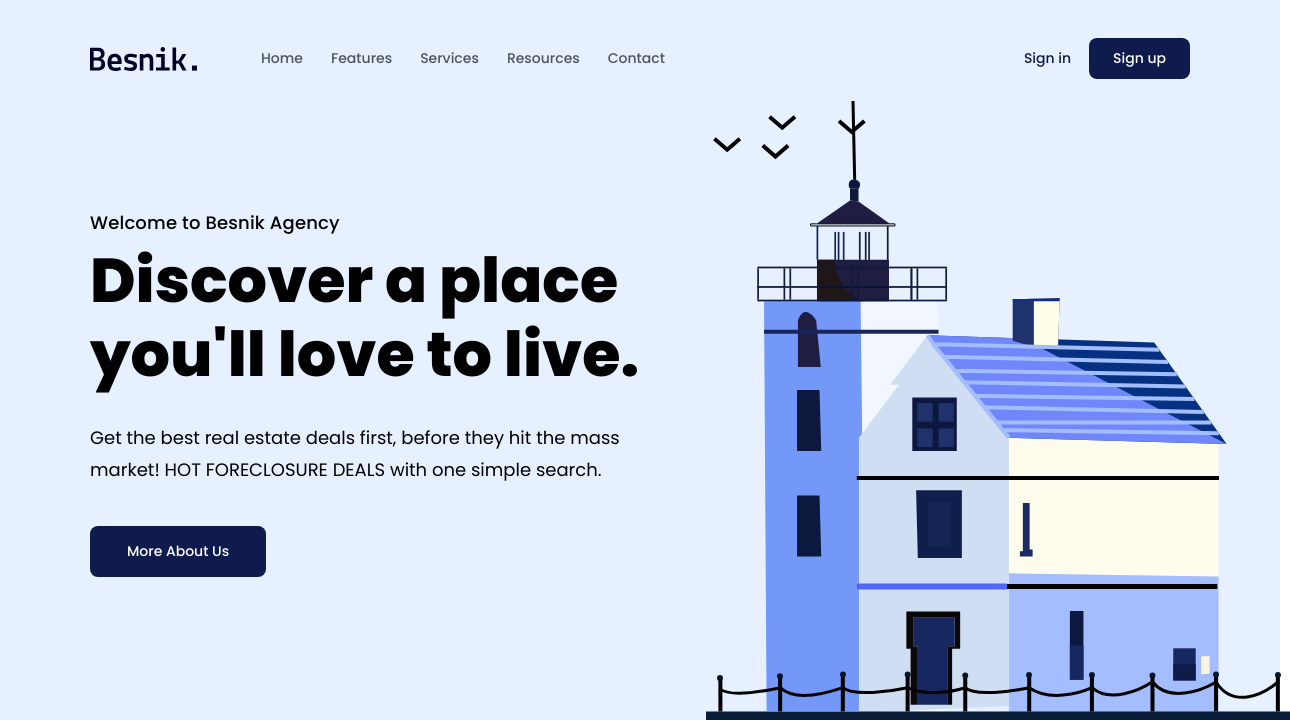
Repository: ducvui2003/f8-project-01
Page: index.html
The author's editor kept a copy of each file at every save. The page is drawn from the files as they stood at one save, then again after the next save.
The browser window is 1280 px wide. The page is 1290 px wide, so the pictures cover 1290 px, including what lies to the right of the window. The pictures show the whole page.

Above is the page before, as saved 2023-06-16 19:58:04.

### index.html
<!DOCTYPE html>
<html lang="en">

<head>
    <meta charset="UTF-8">
    <meta name="viewport" content="width=device-width, initial-scale=1.0">
    <title>f8-procject-01</title>

    <link rel="stylesheet" href="./asset/css/reset.css">
    <link rel="stylesheet" href="./asset/font/stylesheet.css">
    <link rel="stylesheet" href="./asset/css/styles.css">
</head>

<body>
    <main>
        <!-- Header -->
        <header class="header">
            <div class="content">
                <!--  -->
                <nav class="nav">
                    <!-- Logo -->
                    <img src="./asset/img/logo.svg" alt="">

                    <!-- Navigation -->
                    <ul>
                        <li><a href="">Home</a></li>
                        <li><a href="">Features</a></li>
                        <li><a href="">Services</a></li>
                        <li><a href="">Resources</a></li>
                        <li><a href="">Contact</a></li>
                    </ul>

                    <!-- Action -->
                    <div class="actions">
                        <a href="#!" class="action-link">Sign in</a>
                        <a href="#!" class="btn action-btn">Sign up</a>
                    </div>
                </nav>
                <div class="hero">
                    <div class="info">
                        <p class="sub-title">Welcome to Besnik Agency</p>
                        <h1 class="title">Discover a place
                            you'll love to live.</h1>
                        <p class="desc">Get the best real estate deals first,
                            before they hit the mass market! HOT FORECLOSURE DEALS with one simple
                            search.</p>
                        <!-- cta = call to action -->
                        <a href="#!" class="btn hero-cta">More About Us</a>
                    </div>
                    <img src="./asset/img/hero-img.svg" alt="Discover a place
                    you'll love to live." class="hero-img">
                </div>
            </div>
        </header>

        <!-- Clients -->
        <div class="clients">
            <div class="content">
                <div class="row"></div>
            </div>
        </div>
    </main>
</body>

</main>

</html>

### asset/font/stylesheet.css
/* =======Poppins font=========== */
@font-face {
  font-family: "Poppins";
  src: url("Poppins/Poppins-Black.woff2") format("woff2"),
    url("Poppins/Poppins-Black.woff") format("woff");
  font-weight: 900;
  font-style: normal;
  font-display: swap;
}

@font-face {
  font-family: "Poppins";
  src: url("Poppins/Poppins-BlackItalic.woff2") format("woff2"),
    url("Poppins/Poppins-BlackItalic.woff") format("woff");
  font-weight: 900;
  font-style: italic;
  font-display: swap;
}

@font-face {
  font-family: "Poppins";
  src: url("Poppins/Poppins-Bold.woff2") format("woff2"),
    url("Poppins/Poppins-Bold.woff") format("woff");
  font-weight: bold;
  font-style: normal;
  font-display: swap;
}

@font-face {
  font-family: "Poppins";
  src: url("Poppins/Poppins-BoldItalic.woff2") format("woff2"),
    url("Poppins/Poppins-BoldItalic.woff") format("woff");
  font-weight: bold;
  font-style: italic;
  font-display: swap;
}

@font-face {
  font-family: "Poppins";
  src: url("Poppins/Poppins-ExtraBold.woff2") format("woff2"),
    url("Poppins/Poppins-ExtraBold.woff") format("woff");
  font-weight: bold;
  font-style: normal;
  font-display: swap;
}

@font-face {
  font-family: "Poppins";
  src: url("Poppins/Poppins-ExtraBoldItalic.woff2") format("woff2"),
    url("Poppins/Poppins-ExtraBoldItalic.woff") format("woff");
  font-weight: bold;
  font-style: italic;
  font-display: swap;
}

@font-face {
  font-family: "Poppins";
  src: url("Poppins/Poppins-ExtraLight.woff2") format("woff2"),
    url("Poppins/Poppins-ExtraLight.woff") format("woff");
  font-weight: 200;
  font-style: normal;
  font-display: swap;
}

@font-face {
  font-family: "Poppins";
  src: url("Poppins/Poppins-ExtraLightItalic.woff2") format("woff2"),
    url("Poppins/Poppins-ExtraLightItalic.woff") format("woff");
  font-weight: 200;
  font-style: italic;
  font-display: swap;
}

@font-face {
  font-family: "Poppins";
  src: url("Poppins/Poppins-Italic.woff2") format("woff2"),
    url("Poppins/Poppins-Italic.woff") format("woff");
  font-weight: normal;
  font-style: italic;
  font-display: swap;
}

@font-face {
  font-family: "Poppins";
  src: url("Poppins/Poppins-Light.woff2") format("woff2"),
    url("Poppins/Poppins-Light.woff") format("woff");
  font-weight: 300;
  font-style: normal;
  font-display: swap;
}

@font-face {
  font-family: "Poppins";
  src: url("Poppins/Poppins-LightItalic.woff2") format("woff2"),
    url("Poppins/Poppins-LightItalic.woff") format("woff");
  font-weight: 300;
  font-style: italic;
  font-display: swap;
}

@font-face {
  font-family: "Poppins";
  src: url("Poppins/Poppins-Medium.woff2") format("woff2"),
    url("Poppins/Poppins-Medium.woff") format("woff");
  font-weight: 500;
  font-style: normal;
  font-display: swap;
}

@font-face {
  font-family: "Poppins";
  src: url("Poppins/Poppins-MediumItalic.woff2") format("woff2"),
    url("Poppins/Poppins-MediumItalic.woff") format("woff");
  font-weight: 500;
  font-style: italic;
  font-display: swap;
}

@font-face {
  font-family: "Poppins";
  src: url("Poppins/Poppins-SemiBold.woff2") format("woff2"),
    url("Poppins/Poppins-SemiBold.woff") format("woff");
  font-weight: 600;
  font-style: normal;
  font-display: swap;
}

@font-face {
  font-family: "Poppins";
  src: url("Poppins/Poppins-Regular.woff2") format("woff2"),
    url("Poppins/Poppins-Regular.woff") format("woff");
  font-weight: normal;
  font-style: normal;
  font-display: swap;
}

@font-face {
  font-family: "Poppins";
  src: url("Poppins/Poppins-SemiBoldItalic.woff2") format("woff2"),
    url("Poppins/Poppins-SemiBoldItalic.woff") format("woff");
  font-weight: 600;
  font-style: italic;
  font-display: swap;
}

@font-face {
  font-family: "Poppins";
  src: url("Poppins/Poppins-Thin.woff2") format("woff2"),
    url("Poppins/Poppins-Thin.woff") format("woff");
  font-weight: 100;
  font-style: normal;
  font-display: swap;
}

@font-face {
  font-family: "Poppins";
  src: url("Poppins/Poppins-ThinItalic.woff2") format("woff2"),
    url("Poppins/Poppins-ThinItalic.woff") format("woff");
  font-weight: 100;
  font-style: italic;
  font-display: swap;
}

### asset/css/styles.css
* {
  box-sizing: border-box;
}
html {
  font-size: 62.5%;
}
body {
  font-size: 1.6rem;
  font-family: "Poppins";
}
:root {
  --primary-color: #0f1b4c;
}
/* Common */
a {
  text-decoration: none;
}
.content {
  width: 1100px;
  max-width: calc(100% - 48px);
  margin-left: auto;
  margin-right: auto;
}

.btn {
  min-width: 98px;
  background-color: var(--primary-color);
  border-radius: 0.8rem;
  padding: 10px 24px;
  color: white;
  font-style: normal;
  font-weight: 500;
  font-size: 1.4rem;
  line-height: 2.1rem;
  display: inline-block;
}
.btn:hover {
  opacity: 0.9;
}
/* Header */
.header {
  height: 100vh;
  background-color: #e6f0ff;
  position: relative;
}

.header .nav {
  display: flex;
  align-items: center;
  padding-top: 38px;
}
.header .nav ul {
  margin-left: 50px;
  margin-right: auto;

  display: flex;
  justify-content: space-between;
}

.header .nav ul a {
  color: #4f5361;
  padding: 8px 14px;
  /* Padding in tag inline block  */
}
.header .nav ul a:hover {
  text-decoration: underline;
}
.header .nav a {
  font-weight: 500;
  font-size: 1.4rem;
  line-height: 2.1rem;
}
.header .nav .actions {
  display: flex;
  justify-content: center;
  align-items: center;
  gap: 1.8rem;
}
.header .nav .action-link {
  color: var(--primary-color);
}
.hero {
  margin-top: 130px;
}
.hero .info {
  width: 51%;
}
.hero .sub-title {
  font-style: normal;
  font-weight: 500;
  font-size: 1.8rem;
  line-height: 1.5;
  letter-spacing: 0.01em;
}

.hero .title {
  font-style: normal;
  font-weight: 700;
  font-size: 6.2rem;
  line-height: 1.19;
  margin-top: 8px;
  margin-bottom: 30px;
}
.hero .desc {
  font-style: normal;
  font-weight: 400;
  font-size: 1.8rem;
  line-height: 1.78;
}
.hero-cta {
  margin-top: 40px;
  padding: 15px 37px;
  min-width: 170px;
}
.hero-img {
  position: absolute;
  right: calc((100vw - 1100px) / 2 - 100px);
  bottom: 0;
}

Loaded but not shown: asset/css/reset.css (common file)

After the next save:
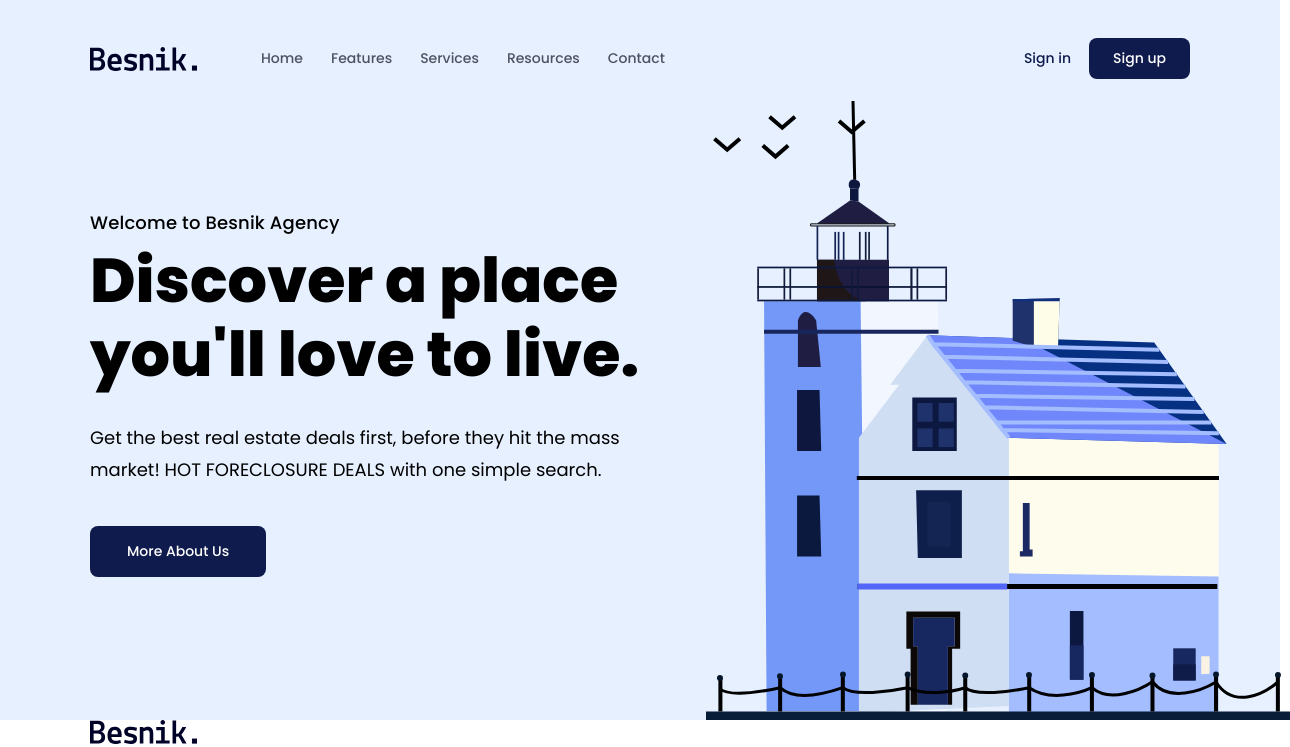
Saved 27 s later.
--- a/index.html
+++ b/index.html
@@ -56,7 +56,9 @@
         <!-- Clients -->
         <div class="clients">
             <div class="content">
-                <div class="row"></div>
+                <div class="row">
+                    <img src="./asset/img/logo.svg" alt="" class="logo">
+                </div>
             </div>
         </div>
     </main>
